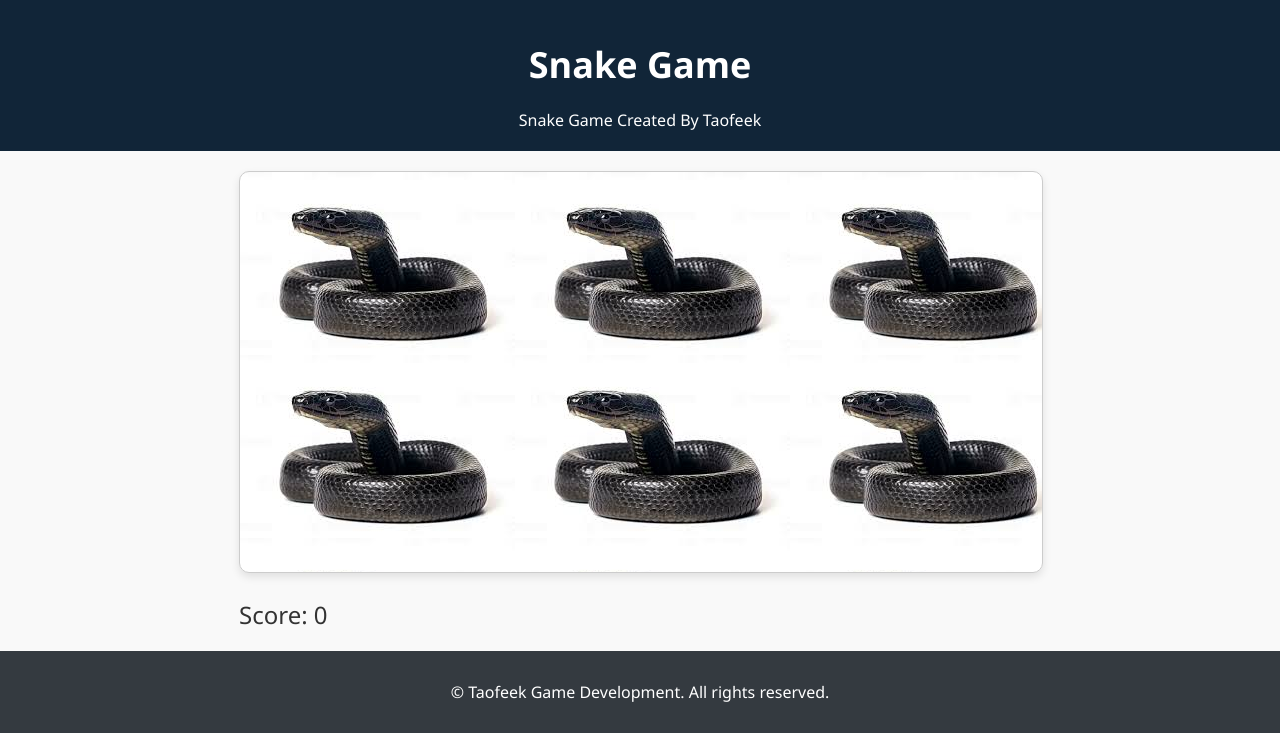
Repository: Taofeekolusola/Landing-page
Page: index.html
An editor plug-in stored every save of this project. The page is shown before and after a run of saves, followed by the edit.
The browser window is 1280 px wide. The pictures show the whole page.

Above is the page before, as saved 2024-05-06 18:35:38.
Not found: script.js

After the next 2 saves:
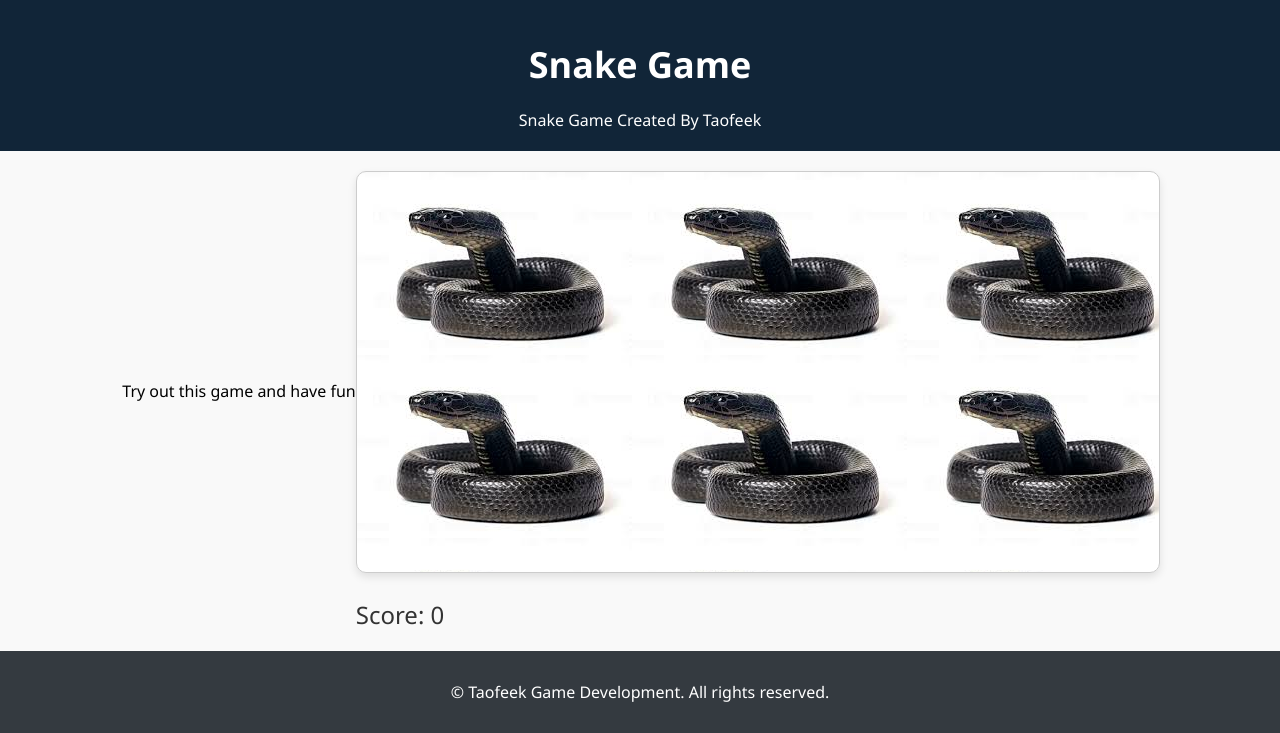
The 2 saves are shown as one change because they came seconds apart.
The last was saved 16 s later.
--- a/index.html
+++ b/index.html
@@ -14,6 +14,7 @@
         <div class="name">Snake Game Created By Taofeek</div>
     </header>
     <main>
+        <div class="text">Try out this game and have fun</div>
         <div>
             <canvas class="snake"></canvas>
             <div id="score">Score: 0</div>
